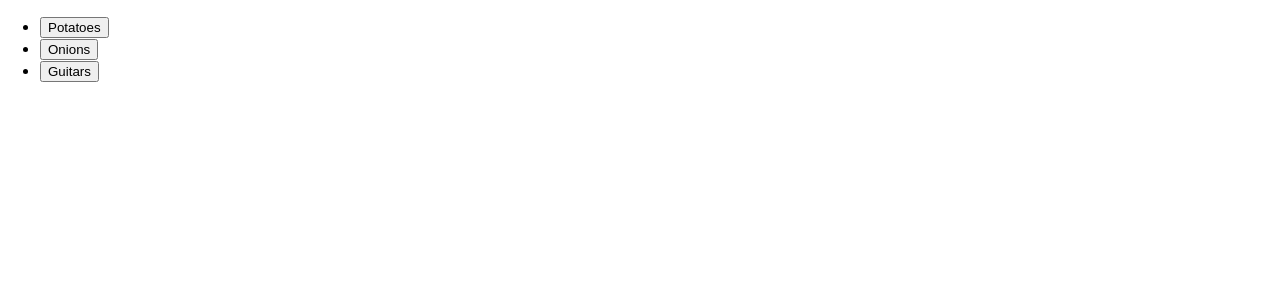
Repository: mhyder1/autofi
Page: /
The author's editor kept a copy of each file at every save. The page is drawn from the files as they stood at one save, then again after the next save.
The browser window is 1280 px wide. The pictures show the whole page.
The project was rebuilt for these pictures with package versions that can differ from the ones it lists, and the page was loaded fresh each time. Also part of the build but not shown: src/drills/Bomb.js, src/drills/HelloWorld.js, src/drills/RouletteGun.js, src/drills/Tabs.js.

Above is the page before, as saved 2021-06-21 05:25:41.

After the next save:
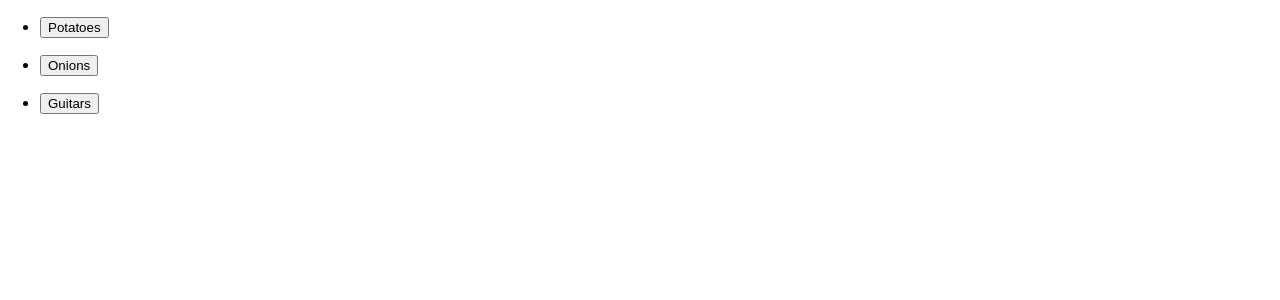
Saved 76 s later.
--- a/src/drills/Accordion.js
+++ b/src/drills/Accordion.js
@@ -9,9 +9,9 @@
           <button onClick={() => setExpandedID(section.id === expandedID ? null : section.id)} id={section.id}>
             {section.title}
           </button>
-          {
-            expandedID === section.id && <p>{section.content}</p>
-          }
+          <p>
+            { expandedID === section.id && section.content }
+          </p>
         </li>
     ));
   }

After the save that followed:
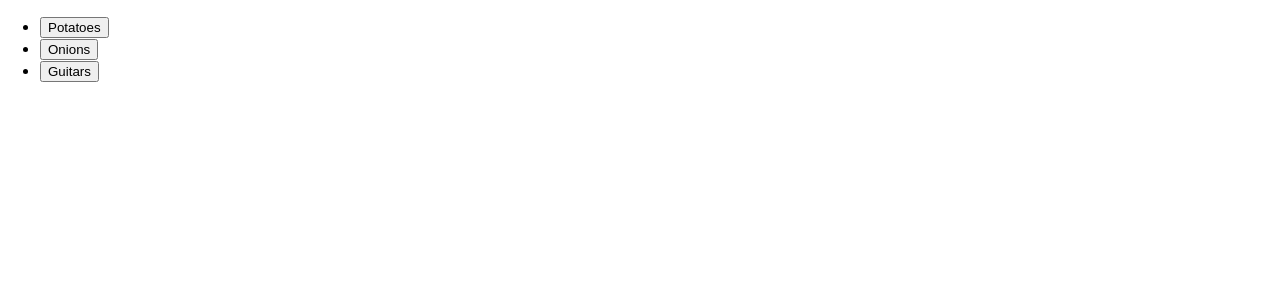
Saved 39 s later.
--- a/src/drills/Accordion.js
+++ b/src/drills/Accordion.js
@@ -9,9 +9,7 @@
           <button onClick={() => setExpandedID(section.id === expandedID ? null : section.id)} id={section.id}>
             {section.title}
           </button>
-          <p>
-            { expandedID === section.id && section.content }
-          </p>
+          { expandedID === section.id && <p>{section.content}</p> }
         </li>
     ));
   }
